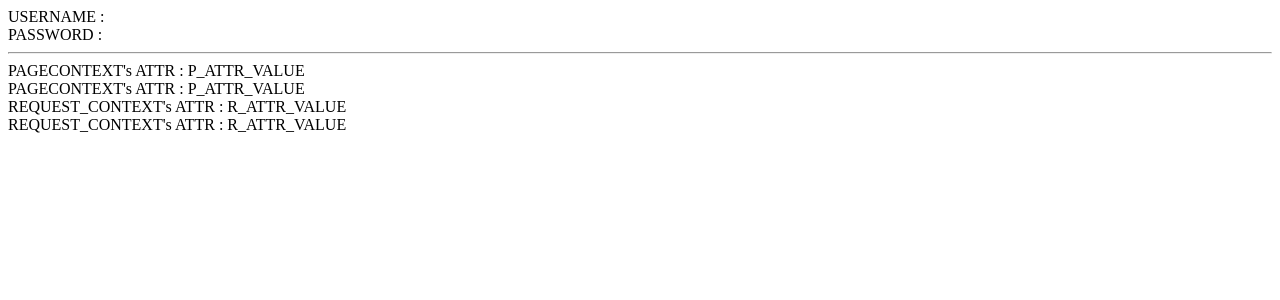
Repository: Leehj9094/JAVA_BOOK-
Page: http://localhost/01JSP/C08/01EL/result.jsp
An editor plug-in stored every save of this project. The page is shown before and after the next save, followed by the edit.
The browser window is 1280 px wide. The pictures show the whole page.
The page is served by Tomcat 9.

Above is the page before, as saved 2025-04-04 02:26:27.

After the next save:
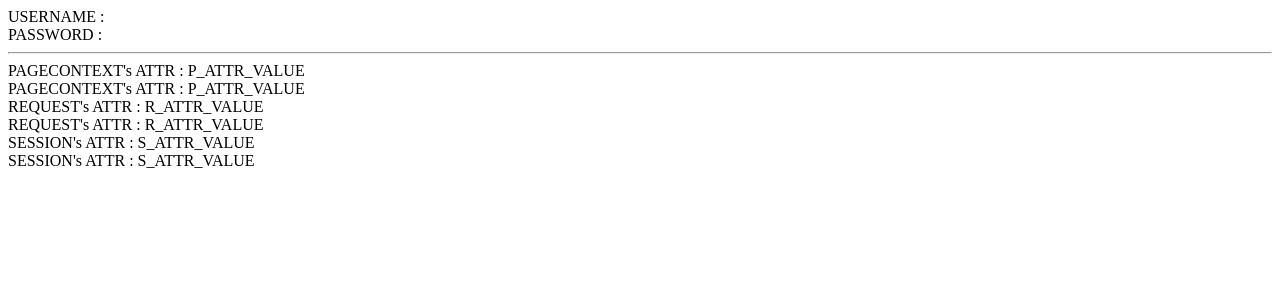
Saved 67 s later.
--- a/JSP/01JSP/src/main/webapp/C08/01EL/result.jsp
+++ b/JSP/01JSP/src/main/webapp/C08/01EL/result.jsp
@@ -34,8 +34,10 @@
 <!-- EL : ATTRIBUTE -->
 PAGECONTEXT's ATTR : ${P_ATTR }<br/>
 PAGECONTEXT's ATTR : ${pageScope.P_ATTR}<br/>
-REQUEST_CONTEXT's ATTR : ${R_ATTR}<br/>
-REQUEST_CONTEXT's ATTR : ${requestScope.R_ATTR}<br/>
+REQUEST's ATTR : ${R_ATTR}<br/>
+REQUEST's ATTR : ${requestScope.R_ATTR}<br/>
+SESSION's ATTR : ${S_ATTR}<br/>
+SESSION's ATTR : ${sessionScope.S_ATTR}<br/>
 
 
 
